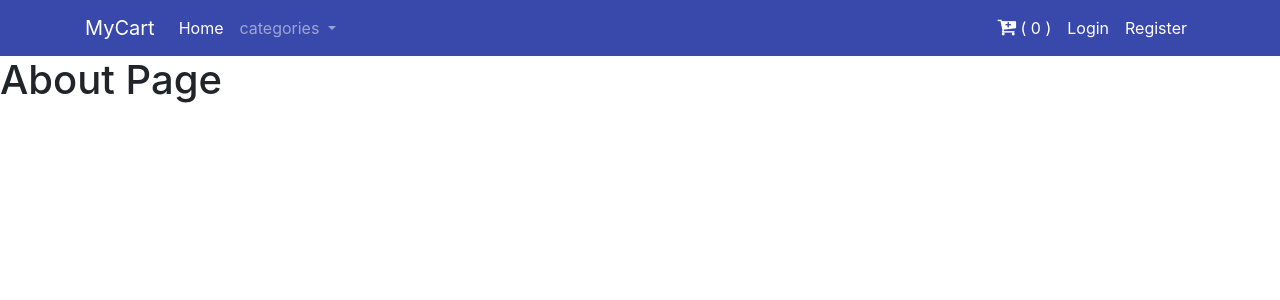
Repository: pandurangshinde190/project
Page: http://localhost/mycart/about.jsp
These files come from the project's save history. The page is drawn as it stood at one moment and after the next save; the edit follows.
The browser window is 1280 px wide. The pictures show the whole page.
Some web libraries are served in a nearby version. The page is served by Tomcat 9. Other server files are loaded and not shown.

Above is the page before, as saved 2022-05-05 08:22:09.

### mycart/src/main/webapp/about.jsp
<%@ page language="java" contentType="text/html; charset=ISO-8859-1"
    pageEncoding="ISO-8859-1"%>
<!DOCTYPE html>
<html>
<head>
<meta charset="ISO-8859-1">
<title>Mycart -about</title>
<%@include file="components/common_css_js.jsp" %>
</head>
<body>
<%@include file="components/navbar.jsp" %>
<h1>About Page</h1>
</body>
</html>

### mycart/src/main/webapp/components/common_css_js.jsp
<!-- Css -->
<link rel="stylesheet" href="https://maxcdn.bootstrapcdn.com/bootstrap/4.0.0/css/bootstrap.min.css" integrity="sha384-Gn5384xqQ1aoWXA+058RXPxPg6fy4IWvTNh0E263XmFcJlSAwiGgFAW/dAiS6JXm" crossorigin="anonymous">
<link href="https://stackpath.bootstrapcdn.com/font-awesome/4.7.0/css/font-awesome.min.css" rel="stylesheet" integrity="sha384-wvfXpqpZZVQGK6TAh5PVlGOfQNHSoD2xbE+QkPxCAFlNEevoEH3Sl0sibVcOQVnN" crossorigin="anonymous">
<link rel="stylesheet" href="css/style.css">

<!-- JavaScript -->
<script src="https://code.jquery.com/jquery-3.2.1.slim.min.js" integrity="sha384-KJ3o2DKtIkvYIK3UENzmM7KCkRr/rE9/Qpg6aAZGJwFDMVNA/GpGFF93hXpG5KkN" crossorigin="anonymous"></script>
<script src="https://cdnjs.cloudflare.com/ajax/libs/popper.js/1.12.9/umd/popper.min.js" integrity="sha384-ApNbgh9B+Y1QKtv3Rn7W3mgPxhU9K/ScQsAP7hUibX39j7fakFPskvXusvfa0b4Q" crossorigin="anonymous"></script>
<script src="https://maxcdn.bootstrapcdn.com/bootstrap/4.0.0/js/bootstrap.min.js" integrity="sha384-JZR6Spejh4U02d8jOt6vLEHfe/JQGiRRSQQxSfFWpi1MquVdAyjUar5+76PVCmYl" crossorigin="anonymous"></script>


<script src="js/script.js"></script>

### mycart/src/main/webapp/components/navbar.jsp
<%@page import="com.learn.entities.User"%>
<%
User user1 = (User) session.getAttribute("current-user");
%>


<nav class="navbar navbar-expand-lg navbar-dark custom-bg">

	<div class="container">

		<a class="navbar-brand" href="index.jsp">MyCart</a>
		<button class="navbar-toggler" type="button" data-toggle="collapse"
			data-target="#navbarSupportedContent"
			aria-controls="navbarSupportedContent" aria-expanded="false"
			aria-label="Toggle navigation">
			<span class="navbar-toggler-icon"></span>
		</button>


		<div class="collapse navbar-collapse" id="navbarSupportedContent">
			<ul class="navbar-nav mr-auto">
				<li class="nav-item active"><a class="nav-link"
					href="index.jsp">Home <span class="sr-only">(current)</span>
				</a></li>
				<li class="nav-item dropdown"><a
					class="nav-link dropdown-toggle" href="#" id="navbarDropdown"
					role="button" data-toggle="dropdown" aria-haspopup="true"
					aria-expanded="false"> categories </a>
					<div class="dropdown-menu" aria-labelledby="navbarDropdown">
						<a class="dropdown-item" href="#">Action</a> <a
							class="dropdown-item" href="#">Another action</a>
						<div class="dropdown-divider"></div>
						<a class="dropdown-item" href="#">Something else here</a>
					</div></li>
			</ul>
			<ul class="navbar-nav ml-auto">

				<li class="nav-item active">
                    <a class="nav-link" href="#!" data-toggle="modal" data-target="#cart">  <i class="fa fa-cart-plus"  style="font-size: 20px;"></i> <span class="ml-0 cart-items">( 0 )</span>  </a>
                </li>


				<!--Conditional Rendering  -->
				<%
				if (user1 == null) {
				%>
				<li class="nav-item active"><a class="nav-link"
					href="login.jsp">Login</a></li>

				<li class="nav-item active"><a class="nav-link"
					href="register.jsp">Register</a></li>

				<%
				} else {
				%>
				<li class="nav-item active"><a class="nav-link" href="#!"><%=user1.getUserName()%></a></li>

				<li class="nav-item active"><a class="nav-link" href="LogoutServlet">Logout</a></li>
				<%
				}
				%>

			</ul>
		</div>
	</div>

</nav>

### mycart/src/main/webapp/css/style.css
.custom-bg{
	background:#3949ab!important;
}

.admin .card {
	border: 1px solid #3949ab;
}

.admin .card:hover {
	background: #e2e2e2;
	cursor: pointer;
}


.list-group-item.active{
	background:#3949ab!important;
	border: 1px solid #3949ab;
}

.discount-label{
    font-size: 10px!important;
    font-style: italic!important;
    /*text-decoration: line-through!important;*/
}

### mycart/src/main/webapp/js/script.js
function add_to_cart(pId, pName, pPrice)
{
	let cart = localStorage.getItem("cart");
    if (cart == null)
    {
        //no cart yet
        let products = [];
        let product = {productId: pId, productName: pName, productQuantity: 1, productPrice: pPrice}
        products.push(product);
        localStorage.setItem("cart", JSON.stringify(products));
        console.log("Product is added for the first time")
//        showToast("Item is added to cart")
    }
	else
	{
		 //cart is already present
	    let pcart = JSON.parse(cart);

        let oldProduct = pcart.find((item) => item.productId == pId)

		if(oldProduct)
		{
			//we have to increase the quantity
			oldProduct.productQuantity = oldProduct.productQuantity+1
			pcart.map((item) => {
                if (item.productId === oldProduct.productId)
                {
                    item.productQuantity = oldProduct.productQuantity;
                }
            })
			localStorage.setItem("cart", JSON.stringify(pcart));
			console.log("Product quantity is increased")
		}
		else
		{
			//we have add the product
			let product = {productId: pId, productName: pName, productQuantity: 1, productPrice: pPrice}
       		pcart.push(product);
			localStorage.setItem("cart", JSON.stringify(pcart));
			console.log("Product is added")
		}
	}

}

### mycart/src/main/webapp/components/common_modals.jsp
<!-- Button trigger modal -->


<!-- Modal -->
<div class="modal fade" id="cart" tabindex="-1" role="dialog" aria-labelledby="exampleModalLabel" aria-hidden="true">
    <div class="modal-dialog modal-lg" role="document">
        <div class="modal-content">
            <div class="modal-header">
                <h5 class="modal-title" id="exampleModalLabel">You cart </h5>
                <button type="button" class="close" data-dismiss="modal" aria-label="Close">
                    <span aria-hidden="true">&times;</span>
                </button>
            </div>
            <div class="modal-body">

                <div class="cart-body">

                </div>

            </div>
            <div class="modal-footer">
                <button type="button" class="btn btn-secondary" data-dismiss="modal">Close</button>
                <button type="button" class="btn btn-primary checkout-btn" onclick="goToCheckout()">Checkout</button>
            </div>
        </div>
    </div>
</div>

<div id="toast">This is our custom Toast text</div>

After the next save:
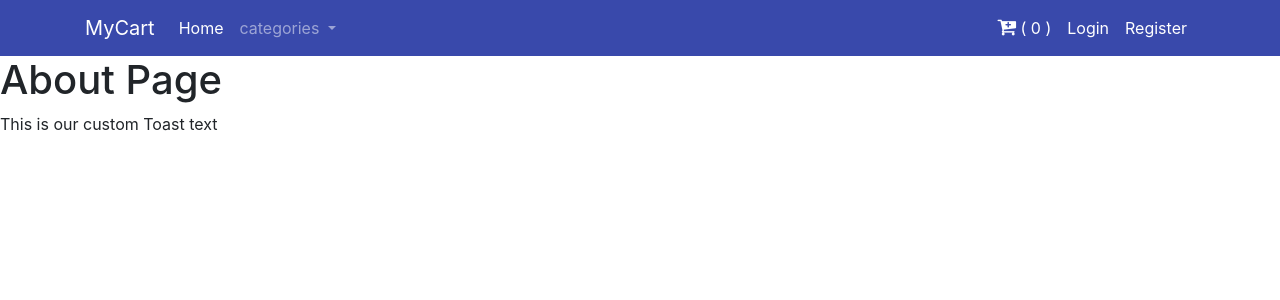
Saved 58 s later.
--- a/mycart/src/main/webapp/about.jsp
+++ b/mycart/src/main/webapp/about.jsp
@@ -10,5 +10,6 @@
 <body>
 <%@include file="components/navbar.jsp" %>
 <h1>About Page</h1>
+<%@include  file="components/common_modals.jsp" %>
 </body>
 </html>
